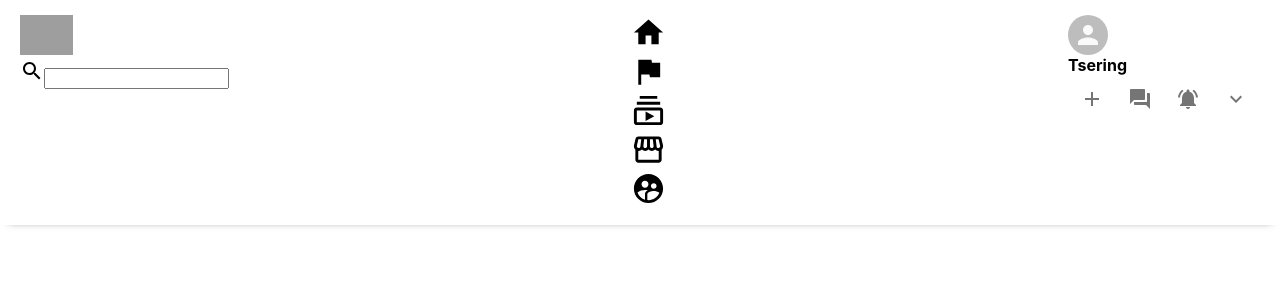
Repository: exiled-kal/FaceBook
Page: /
An editor plug-in stored every save of this project. The page is shown before and after a run of saves, followed by the edit.
The browser window is 1280 px wide. The pictures show the whole page.
Pictures or frames that could not be fetched are drawn as grey boxes. The project was rebuilt for these pictures with package versions that can differ from the ones it lists, and the page was loaded fresh each time. Also part of the build but not shown: src/App.css.

Above is the page before, as saved 2020-08-29 21:52:22.

### src/App.js
import React from 'react';
import './App.css';
import Header from './Header';

function App() {
  return (
    <div className="app">
      {/* Header */}
      <Header />
      {/* App Body */}
      {/* SideBar */}
      {/* Feed */}
      {/* Widget */}
    </div>
  );
}

export default App;

### src/Header.js
import React from 'react';
import './Header.css';
import SearchIcon from '@material-ui/icons/Search';
import HomeIcon from '@material-ui/icons/Home';
import FlagIcon from '@material-ui/icons/Flag';
import SubscriptionOutlinedIcon from '@material-ui/icons/SubscriptionsOutlined';
import StorefrontOutlinedIcon from '@material-ui/icons/StorefrontOutlined';
import SupervisedUserCircleIcon from '@material-ui/icons/SupervisedUserCircle';
import {Avatar, IconButton} from '@material-ui/core';
import AddIcon from '@material-ui/icons/Add';
import ForumIcon from '@material-ui/icons/Forum';
import NotificationActiveIcon from '@material-ui/icons/NotificationsActive';
import ExpandMoreIcon from '@material-ui/icons/ExpandMore';

function Header() {
  return (
    <div className="header">
      <div className="header__left">
        <img
          src="https://facebookbrand.com/wp-content/uploads/2019/04/f_logo_RGB-Hex-Blue_512.png?w=512&h=512"
          alt=""
        />
        <div className="header__input">
          <SearchIcon />
          <input type="text" />
        </div>
      </div>

      <div className="header__middle">
        <div className="header__option">
          <HomeIcon fontSize="large" />
        </div>
        <div className="header__option">
          <FlagIcon fontSize="large" />
        </div>
        <div className="header__option">
          <SubscriptionOutlinedIcon fontSize="large" />
        </div>
        <div className="header__option">
          <StorefrontOutlinedIcon fontSize="large" />
        </div>
        <div className="header__option">
          <SupervisedUserCircleIcon fontSize="large" />
        </div>
      </div>

      <div className="header__right">
        <div className="header__info">
          <Avatar />
          <h4>Tsering</h4>
        </div>
        <IconButton>
          <AddIcon />
        </IconButton>
        <IconButton>
          <ForumIcon />
        </IconButton>
        <IconButton>
          <NotificationActiveIcon />
        </IconButton>
        <IconButton>
          <ExpandMoreIcon />
        </IconButton>
      </div>
    </div>
  );
}

export default Header;

### src/Header.css
.header {
  display: flex;
  padding: 15px 20px;
  justify-content: space-between;
  position: sticky;
  background-color: white;
  z-index: 100;
  top: 0;
  box-shadow: 0px 5px 8px -9px rgba(0, 0, 0, 0.75);
}

.header__left {
    dis
}
.header__left > img {
  height: 40px;
}

Loaded but not shown: public/index.html (common file); src/index.js (common file); src/index.css (common file); src/serviceWorker.js (common file)

After the next 5 saves:
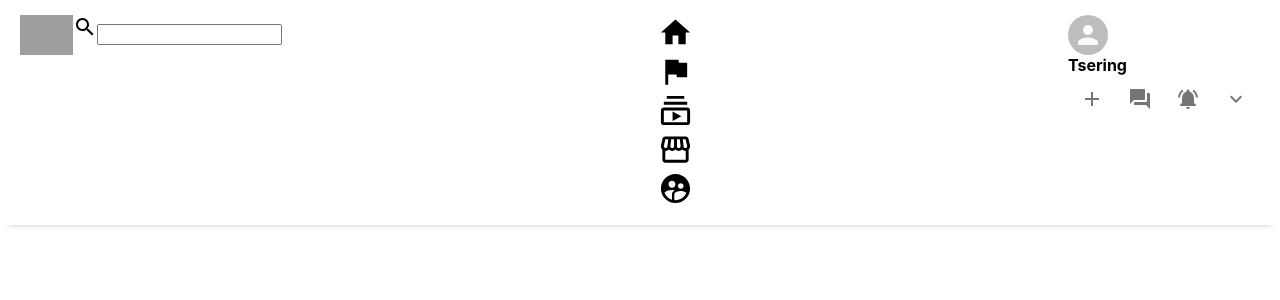
The 5 saves are shown as one change because they came seconds apart.
The last was saved 10 s later.
--- a/src/Header.css
+++ b/src/Header.css
@@ -10,7 +10,8 @@
 }
 
 .header__left {
-    dis
+  display: flex;
+  justify-content: space-evenly;
 }
 .header__left > img {
   height: 40px;
